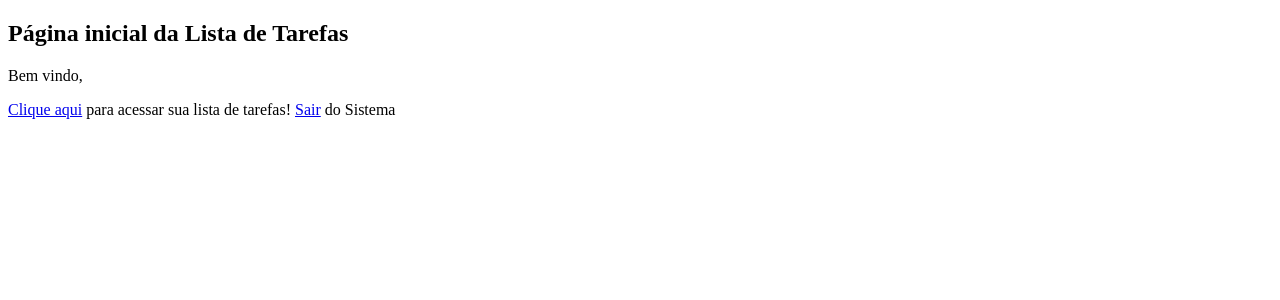
Repository: asponton/fj21
Page: http://localhost/fj21-tarefas/WEB-INF/views/menu.jsp
The author's editor kept a copy of each file at every save. The page is drawn from the files as they stood at one save, then again after the next save.
The browser window is 1280 px wide. The pictures show the whole page.
The page is served by Tomcat 9. Nobody is signed in. Other server files are loaded and not shown. The template is opened directly, without the code that normally fills it, so the values that code supplies are empty.

Above is the page before, as saved 2012-03-29 01:06:11.

### fj21-tarefas/WebContent/WEB-INF/views/menu.jsp
<%@ page language="java" contentType="text/html; charset=UTF-8"
    pageEncoding="UTF-8"%>
<!DOCTYPE html PUBLIC "-//W3C//DTD HTML 4.01 Transitional//EN" "http://www.w3.org/TR/html4/loose.dtd">
<html>
<head>
<meta http-equiv="Content-Type" content="text/html; charset=UTF-8">
<title>Login efetuado com sucesso</title>
</head>
<body>
	<h2>Página inicial da Lista de Tarefas</h2>
	<p>Bem vindo, ${usuarioLogado.login}</p>
	<a href="listaTarefas">Clique aqui</a> para acessar sua lista de tarefas!
	<a href="logOut">Sair</a> do Sistema
</body>
</html>

After the next save:
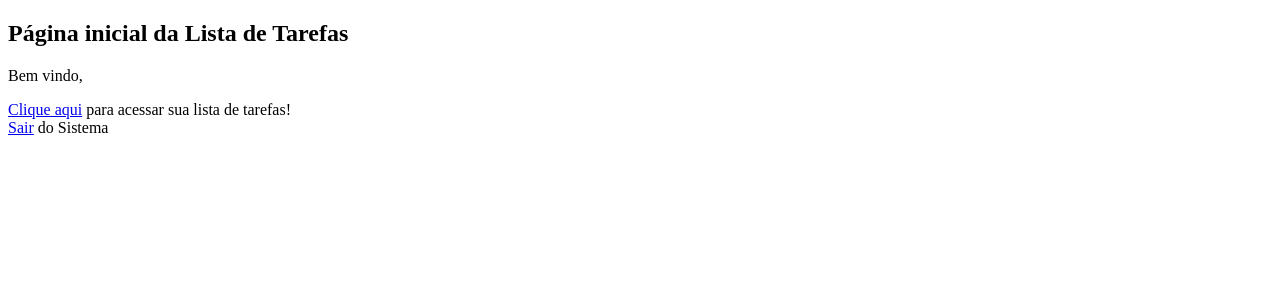
Saved 90 s later.
--- a/fj21-tarefas/WebContent/WEB-INF/views/menu.jsp
+++ b/fj21-tarefas/WebContent/WEB-INF/views/menu.jsp
@@ -9,7 +9,7 @@
 <body>
 	<h2>Página inicial da Lista de Tarefas</h2>
 	<p>Bem vindo, ${usuarioLogado.login}</p>
-	<a href="listaTarefas">Clique aqui</a> para acessar sua lista de tarefas!
+	<a href="listaTarefas">Clique aqui</a> para acessar sua lista de tarefas!<br/>
 	<a href="logOut">Sair</a> do Sistema
 </body>
 </html>
